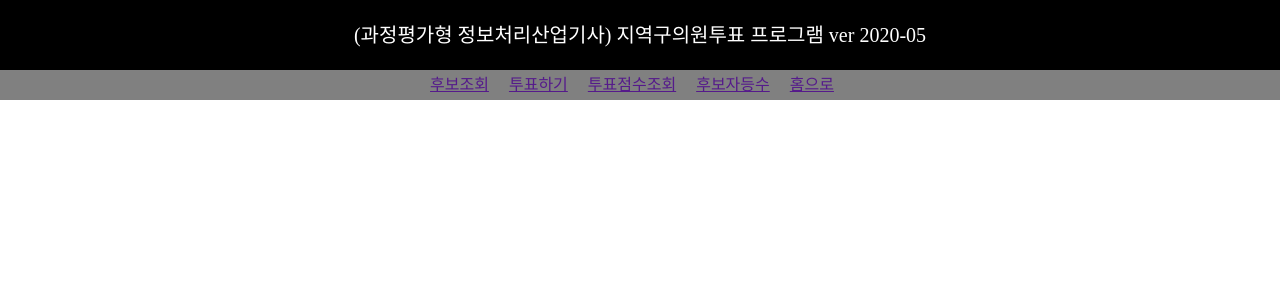
Repository: alsco727/JSP
Page: http://localhost/HRD_2207/header.jsp
The author's editor kept a copy of each file at every save. The page is drawn from the files as they stood at one save, then again after the next save.
The browser window is 1280 px wide. The pictures show the whole page.
The page is served by Tomcat 9.

Above is the page before, as saved 2022-08-29 08:18:46.

After the next save:
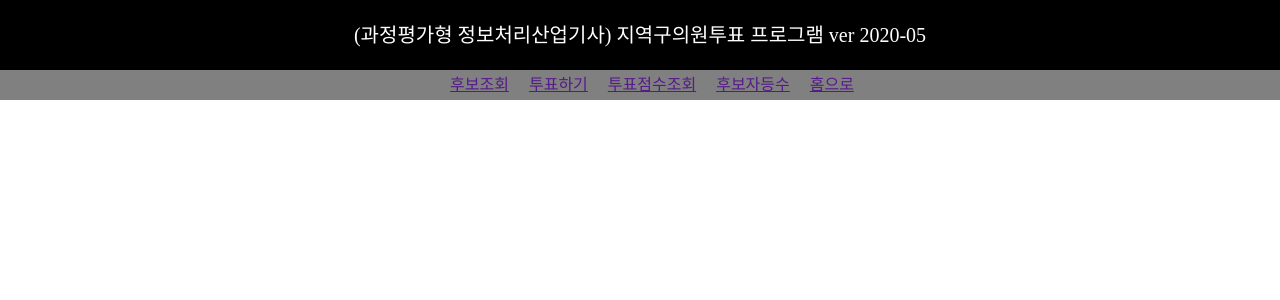
Saved 15 s later.
--- a/information_Processing/JSP과제4/HRD_2207/src/main/webapp/header.jsp
+++ b/information_Processing/JSP과제4/HRD_2207/src/main/webapp/header.jsp
@@ -9,7 +9,7 @@
 <body>
 <header style="position:fixed; top:0px; left:0px; width:100%; height:70px; line-height:70px; text-align:center; background-color:black; color:white; font-size:20px;">(과정평가형 정보처리산업기사) 지역구의원투표 프로그램 ver 2020-05</header>
 
-<nav style="position:fixed; top:70px; left:0px; width:100%; height:30px; line-height:30px; text-align:center; background-color:gray; color:white">
+<nav style="position:fixed; top:70px; left:0px; width:100%; height:30px; line-height:30px; text-align:center; background-color:gray; color:white; padding-left:20px">
 <a href="">후보조회</a> &nbsp; &nbsp;
 <a href="">투표하기</a> &nbsp; &nbsp;
 <a href="">투표점수조회</a> &nbsp; &nbsp;
